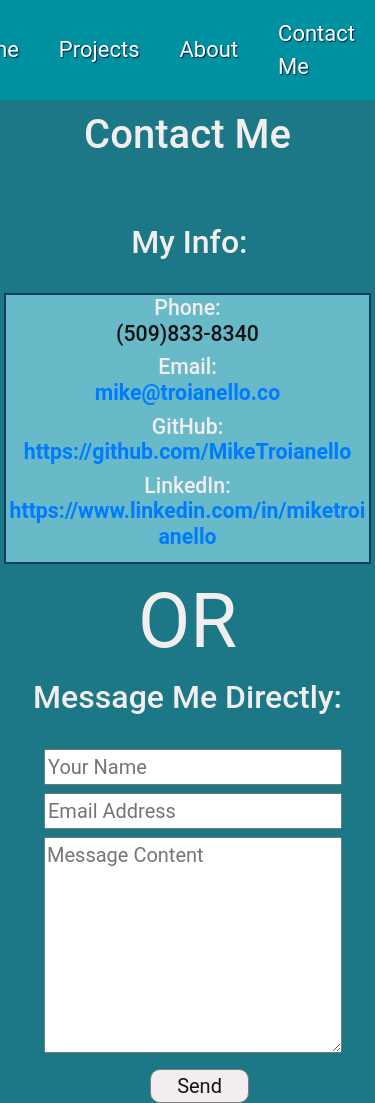
Repository: MikeTroianello/troianello
Page: /contact
The author's editor kept a copy of each file at every save. The page is drawn from the files as they stood at one save, then again after the next save.
The browser window is 375 px wide. The pictures show the whole page.
The project was rebuilt for these pictures with package versions that can differ from the ones it lists, and the page was loaded fresh each time. Also part of the build but not shown: src/components/context-sensitive/Greet.js, src/components/locations/Home.js, src/components/locations/About/About.css, src/components/locations/About/AboutMobile.css, src/components/locations/About/About.js, src/components/cards/RainbowDay.js, src/components/cards/CanvasBubbles.js, src/components/cards/projectCard.css and 4 more.

Above is the page before, as saved 2019-08-02 18:44:17.

After the next save:
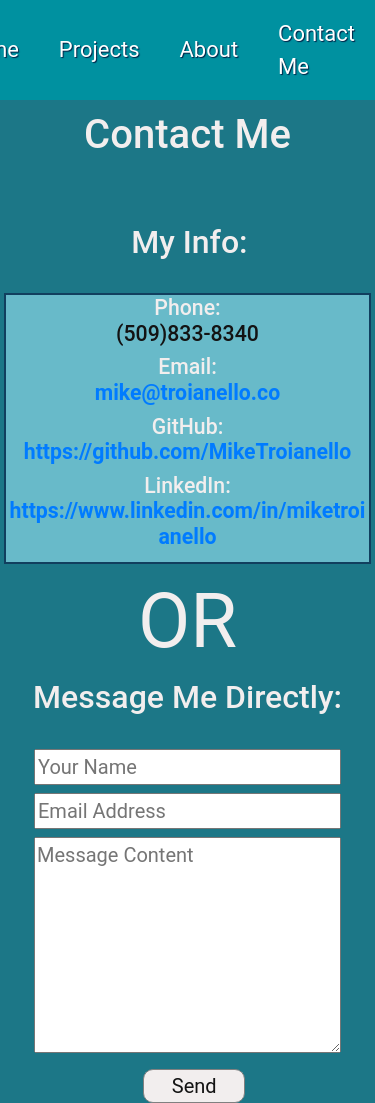
Saved 26 s later.
--- a/src/components/locations/Contact/ContactMobile.css
+++ b/src/components/locations/Contact/ContactMobile.css
@@ -61,7 +61,7 @@
   } */
 
   .contact-message {
-    margin: 0 0 0 44px;
+    margin: 0 0 0 34px;
   }
 
   .contact-message-input {
